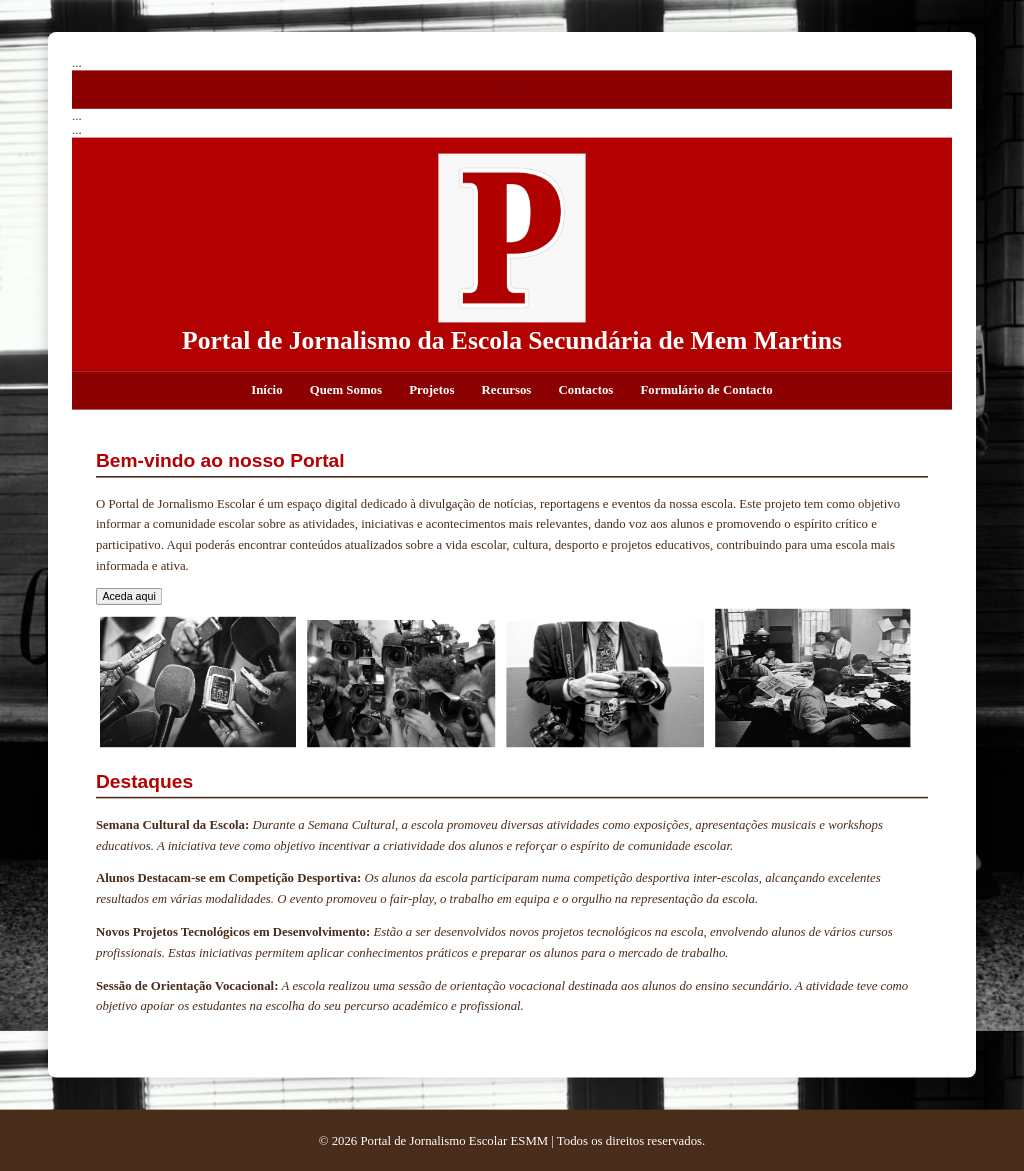
Repository: Sofiampsantos/Portal-de-Jornalismo-Escolar
Page: ProjetoProgV2/FormularioContacto/src/main/webapp/index.html
The author's editor kept a copy of each file at every save. The page is drawn from the files as they stood at one save, then again after the next save.
The browser window is 1280 px wide. The pictures show the whole page, at 80% of full size.
Backgrounds fixed to the window are drawn as part of the page. Some web fonts or font styles are not loaded; a fallback is used.

Above is the page before, as saved 2026-05-23 19:02:50.
Console error: TypeError: Cannot set properties of null (setting 'innerText')

After the next save:
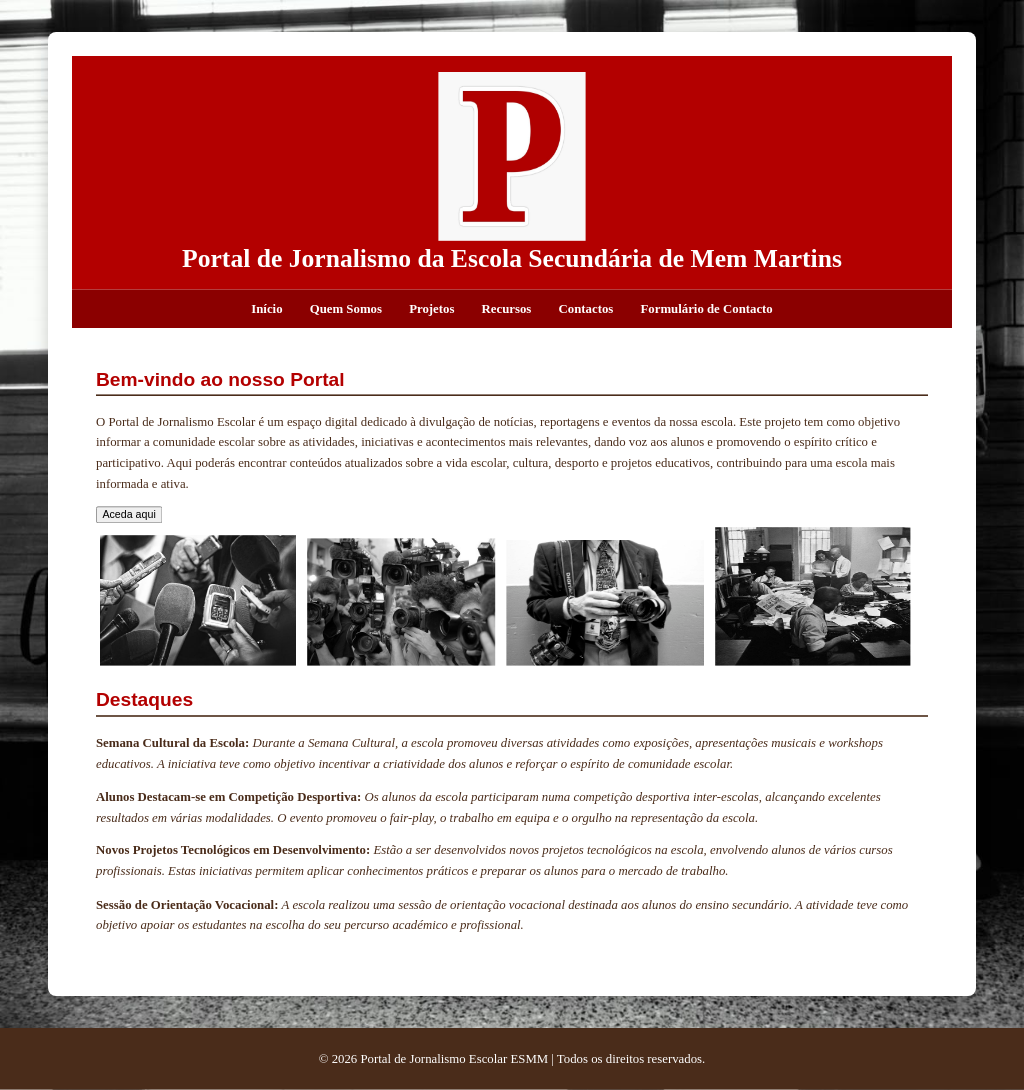
Saved 101 s later.
--- a/ProjetoProgV2/FormularioContacto/src/main/webapp/index.html
+++ b/ProjetoProgV2/FormularioContacto/src/main/webapp/index.html
@@ -10,10 +10,6 @@
   <div class="container">
 
         <!-- tudo do teu site aqui dentro -->
-        <header>...</header>
-        <nav>...</nav>
-        <main>...</main>
-        <footer>...</footer>
 
 
 <header id="topo">

After the save that followed:
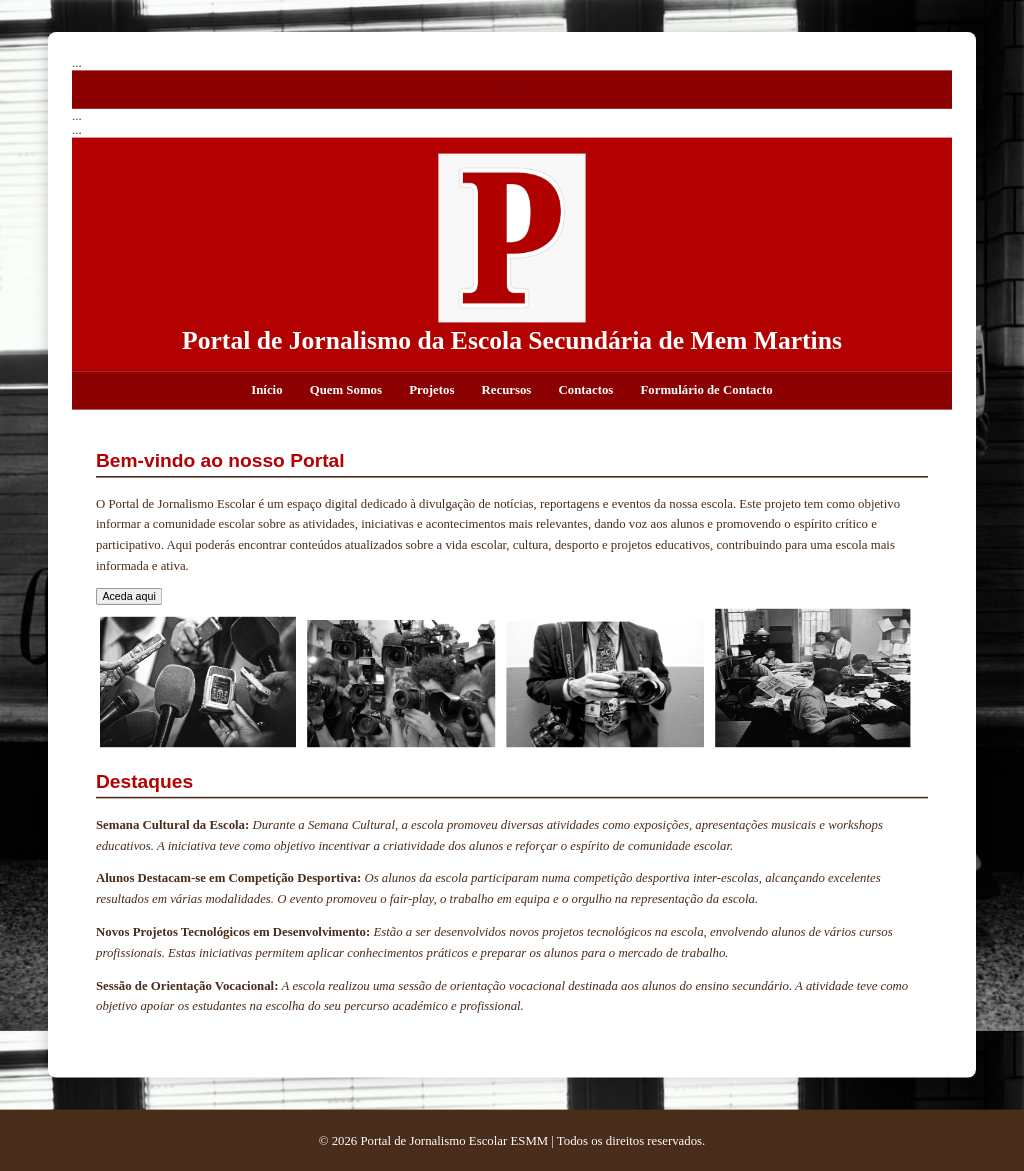
Saved 13 s later.
--- a/ProjetoProgV2/FormularioContacto/src/main/webapp/index.html
+++ b/ProjetoProgV2/FormularioContacto/src/main/webapp/index.html
@@ -10,6 +10,10 @@
   <div class="container">
 
         <!-- tudo do teu site aqui dentro -->
+        <header>...</header>
+        <nav>...</nav>
+        <main>...</main>
+        <footer>...</footer>
 
 
 <header id="topo">
